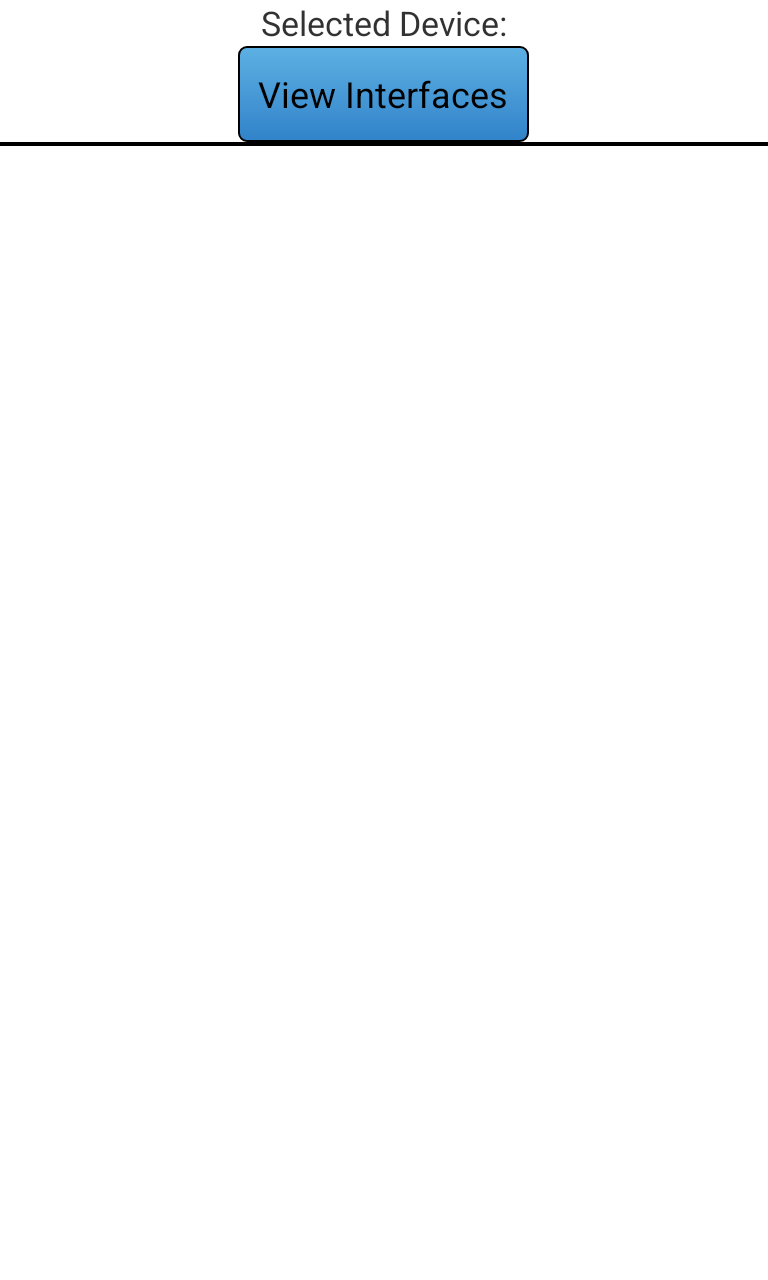
Repository: ArisKots1992/Software-Development
Layout: Anaptiksi Logismikou/Anaptiksi Logismikou/AdminClientApplication/res/layout/second_tab.xml
These files come from the project's save history. The layout is drawn as it stood at one moment and after the next save; the edit follows.
It is drawn on a 768 x 1280 px phone screen (xhdpi) without system bars, with theme AppTheme; the app's code is not run. Lists and similar views that code fills are empty.

Above is the layout before, as saved 2015-01-21 16:32:58.

After the next save:
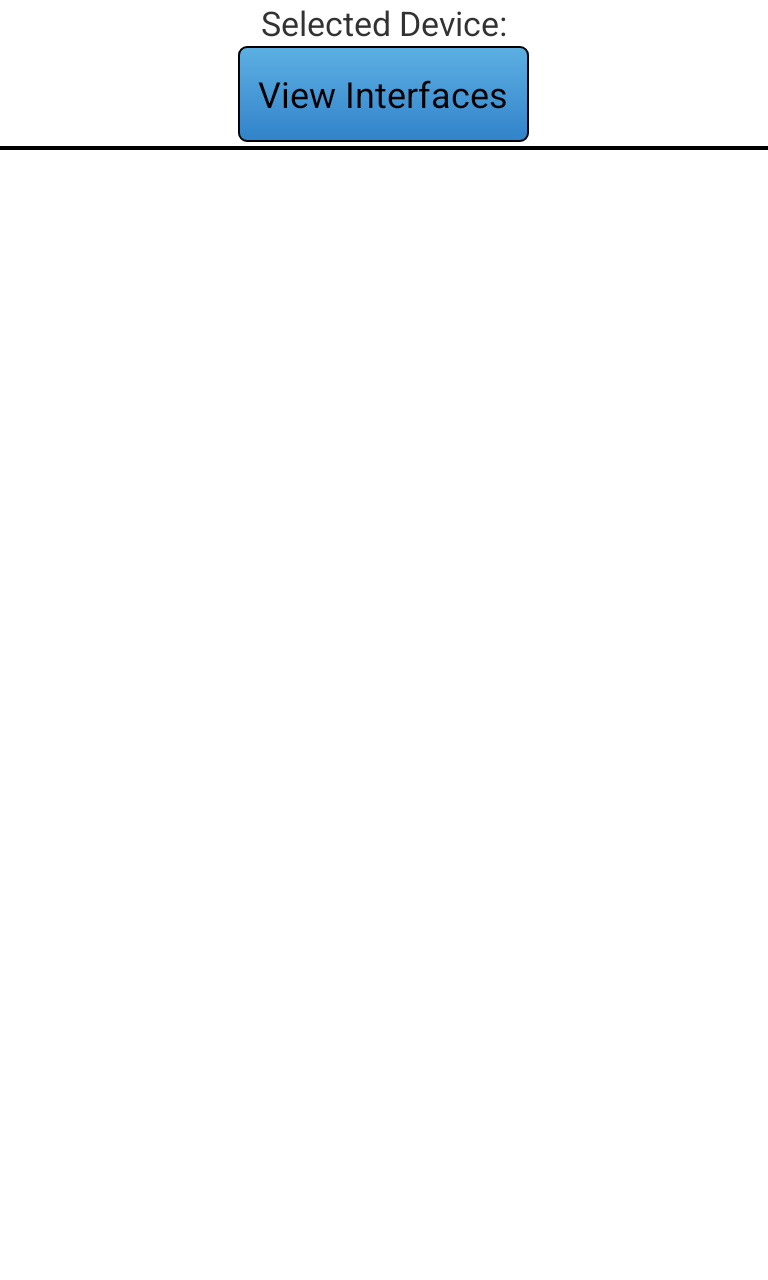
Saved 13 s later.
--- a/Anaptiksi Logismikou/Anaptiksi Logismikou/AdminClientApplication/res/layout/second_tab.xml
+++ b/Anaptiksi Logismikou/Anaptiksi Logismikou/AdminClientApplication/res/layout/second_tab.xml
@@ -16,6 +16,7 @@
         android:id="@+id/button1"
         android:layout_width="wrap_content"
         android:layout_height="wrap_content"
+        android:layout_marginBottom="2dp"
         android:text="View Interfaces"
          android:background="@drawable/custom_button" />
         			<View
